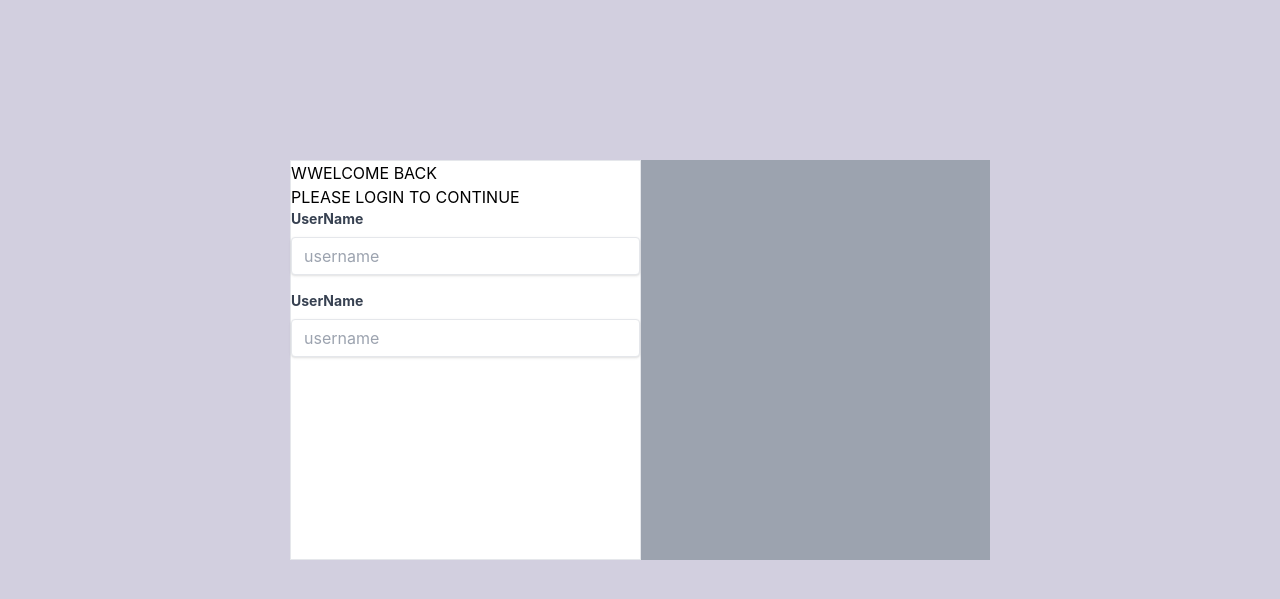
Repository: cosmicswati/upgrad-captions-project
Page: /account/signup
These files come from the project's save history. The page is drawn as it stood at one moment and after a run of saves; the edit follows.
The browser window is 1280 px wide. The pictures show the whole page.
The project was rebuilt for these pictures with package versions that can differ from the ones it lists, and the page was loaded fresh each time.

Above is the page before, as saved 2024-04-08 18:54:33.

### src/App.js
import Auth from "./modules/Authorization";


function App() {
  return (
    <div>
       <Auth />
    </div>
  );
}

export default App;

### src/modules/Authorization/index.js
import React from 'react'
import Form from './Form'

const Auth = () => {
  return (
    <div>
      <Form/>
    </div>
  )
}

export default Auth

### src/modules/Authorization/Form.jsx
import React from 'react';
import Input from '../../components/Input';

const Form = () => {
  return (
    <div className='bg-[#d2cfdf] h-screen w-full flex justify-center items-center'>
      <div className='h-[400px] w-[700px] bg-white flex justify-center items-center'>
      <div className='border h-full w-full'>
         <div>WWELCOME BACK</div>
         <div>PLEASE LOGIN TO CONTINUE</div>
         <form>
            <Input label='Email' type='email' placeholder='Enter your email' />
            <Input label='Password' type='password' placeholder='Enter your password' />
         </form>
      </div>
      <div className='h-full w-full bg-gray-400'>

      </div>
    </div>
    </div>
  );
};

export default Form;

### src/components/Input/index.js
import React from 'react'

const Input = ({
    name = '',
    label ='Usernme',
    type ='text',
    placeholder ='placeholder'
}) => {
  return (
    <div class="mb-4">
        <label class="block text-gray-700 text-sm font-bold mb-2" for="username">
            UserName
        </label>
        <input class="shadow apperance-none border rounded w-full py-2 px-3
         text-gray-700 leading-tight focus:outline-none focus:shadow-outline"
         id="username" type="text" placeholder="username"/>

    </div>
  )
}

export default Input

### tailwind.config.js
/** @type {import('tailwindcss').Config} */
module.exports = {
 mode:'jit',
 purge: [
  './public/**/*.html',
  './src/**/*.{js,jsx,ts,tsx,vue}',
 ],
  content: [
    "./src/**/*.{js,jsx,ts,tsx}",
  ],
  theme: {
    extend: {},
  },
  plugins: [],
}

Loaded but not shown: public/index.html (common file); src/index.js (common file); src/index.css (common file); src/reportWebVitals.js (common file)

After the next 5 saves:
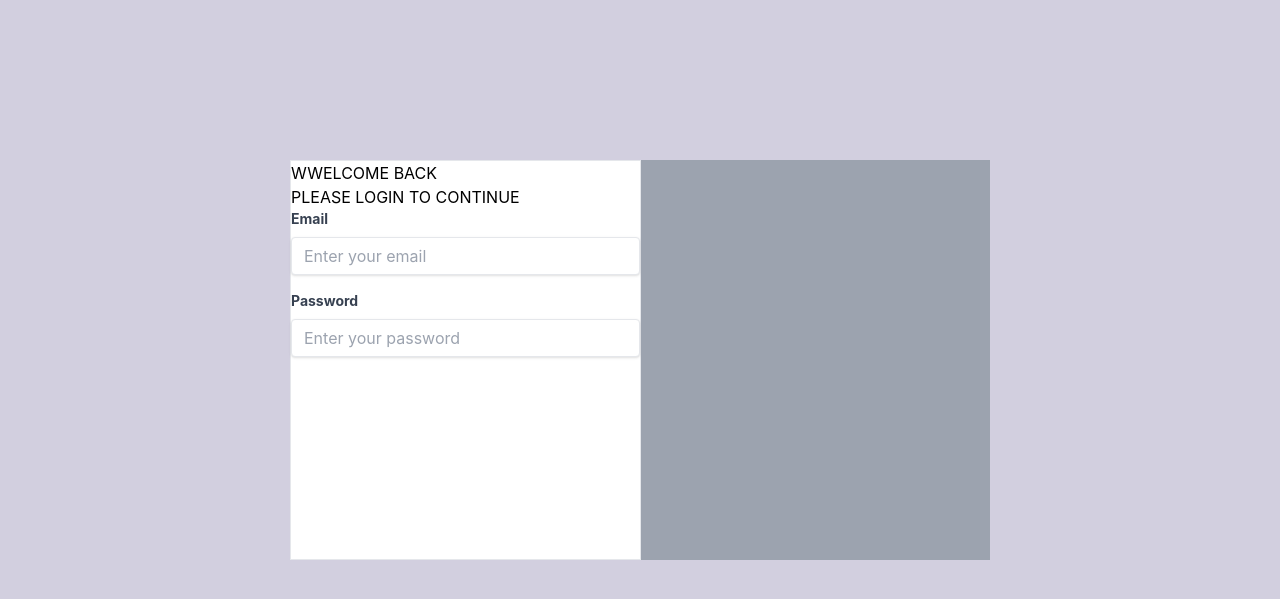
The 5 saves are shown as one change because 4 did not build or start.
The last was saved 3 min 11 s later.
--- a/src/components/Input/index.js
+++ b/src/components/Input/index.js
@@ -2,18 +2,22 @@ import React from 'react'
 
 const Input = ({
     name = '',
-    label ='Usernme',
-    type ='text',
-    placeholder ='placeholder'
+    label ='',
+    type ='',
+    placeholder =''
 }) => {
   return (
     <div class="mb-4">
-        <label class="block text-gray-700 text-sm font-bold mb-2" for="username">
-            UserName
-        </label>
+        {
+          label &&
+          <label class="block text-gray-700 text-sm font-bold mb-2" for={name}>
+             {label}
+          </label>
+        }
+
         <input class="shadow apperance-none border rounded w-full py-2 px-3
          text-gray-700 leading-tight focus:outline-none focus:shadow-outline"
-         id="username" type="text" placeholder="username"/>
+         id={name} type={type} placeholder={placeholder} />
 
     </div>
   )
